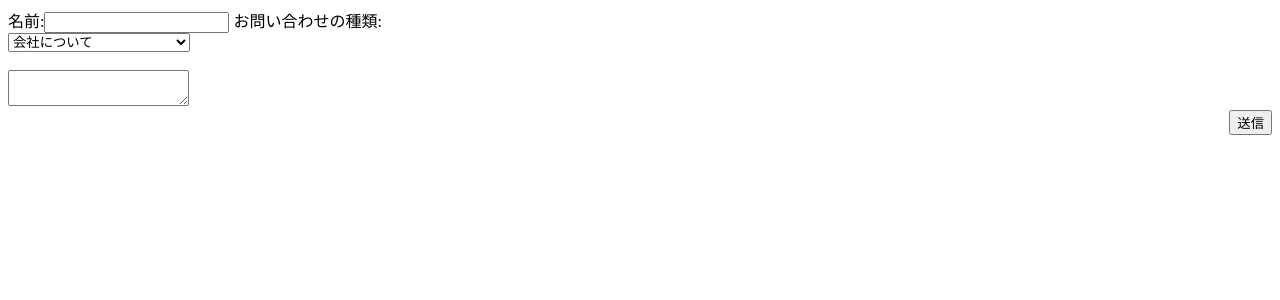
Repository: REDsky96/test
Page: http://localhost/PracticeWebpro/inquiry.jsp
The author's editor kept a copy of each file at every save. The page is drawn from the files as they stood at one save, then again after the next save.
The browser window is 1280 px wide. The pictures show the whole page.
The page is served by Tomcat 9.

Above is the page before, as saved 2018-11-12 04:19:09.

After the next save:
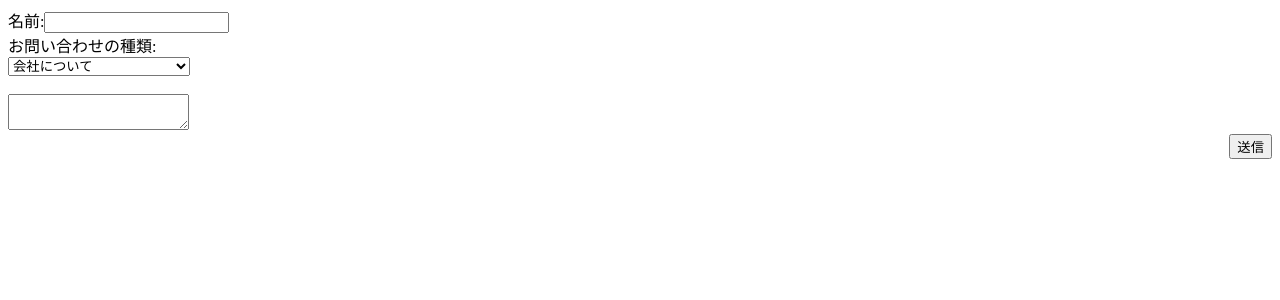
Saved 73 s later.
--- a/PracticeWebpro/WebContent/inquiry.jsp
+++ b/PracticeWebpro/WebContent/inquiry.jsp
@@ -9,7 +9,7 @@
 </head>
 <body>
   <s:form method = "post" action = "InquiryCompleteAction">
-    名前:<input type = "text" name = "name"/>
+    名前:<input type = "text" name = "name"/><br>
     お問い合わせの種類:<br>
     <select name = "qtype">
       <option value = "company">会社について</option>
